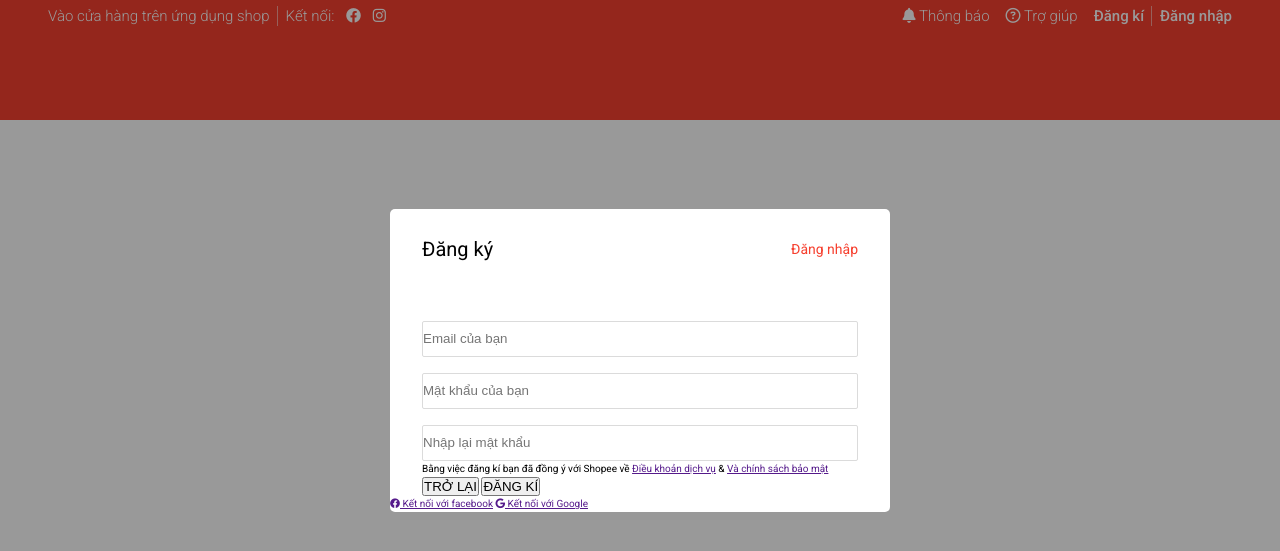
Repository: nguyenhoang2002062929/shoppee
Page: index.html
The author's editor kept a copy of each file at every save. The page is drawn from the files as they stood at one save, then again after the next save.
The browser window is 1280 px wide. The pictures show the whole page.

Above is the page before, as saved 2023-06-20 10:27:34.

### index.html
<!DOCTYPE html>
<html lang="en">
<head>
    <meta charset="UTF-8">
    <meta name="viewport" content="width=device-width, initial-scale=1.0">
    <title>Document</title>

    <link rel="stylesheet" href="./assets/css/base.css">
    <link rel="stylesheet" href="./assets/css/main.css">
    <link href="https://fonts.googleapis.com/css2?family=Roboto:wght@100;300;400;500;700&display=swap" rel="stylesheet">
    <link rel="stylesheet" href="https://cdnjs.cloudflare.com/ajax/libs/font-awesome/6.4.0/css/all.min.css" integrity="sha512-iecdLmaskl7CVkqkXNQ/ZH/XLlvWZOJyj7Yy7tcenmpD1ypASozpmT/E0iPtmFIB46ZmdtAc9eNBvH0H/ZpiBw==" crossorigin="anonymous" referrerpolicy="no-referrer" />

</head>
<body>
    <div class="app">
        <!-- header -->
        <div class="header">
            <div class="gird">

                <nav class="header__nav">
                    <ul class="header__nav-list">
                        <li class="header__nav-item header__nav-item--separate header__nav-item--hover-qr ">Vào cửa hàng trên ứng dụng shop
                            <!-- header qr code -->
                            <div class="header__qr-code">
                                <img src="./assets/img/qr_code.png" alt="" class="header__qr-code-img">
                                <div class="header__qr-code-app">
                                    <img src="./assets/img/googplay.png" alt="" class="header__app">
                                    <img src="./assets/img/appStore.png" alt="" class="header__app">
                                </div>
                            </div>
                        </li>
                        <li class="header__nav-item">
                            <span>Kết nối:</span>
                            <a href="" class="header_nav-item-icon"> <i class="fab fa-facebook"></i></a>
                            <a href="" class="header_nav-item-icon"> <i class="fab fa-instagram"></i></a>
                        </li>
                    </ul>

                    <ul class="header__nav-list">
                        <li class="header__nav-item header__nav-item--notify "><a class="header__nav-item-link" href=""><i class="fas fa-bell"></i> Thông báo</a>
                           <!-- notify -->
                           <div class="header__notify">
                                <div class="header__notify-header">
                                    <h3 class="notify__title">Thông Báo Mới Nhận</h3>
                                </div>
                                <ul class="notify__list">
                                    <li class="notify__list-item notify__list-item--view">
                                        <img src="https://cf.shopee.vn/file/d52c8e2d6975e3175edda97f317e21cb_tn" alt="" class="notify__list-item-img">
                                        <div class="notify__list-item-text">
                                            <p class="notify__list-item-text-big">Nhanh tay săn ngay mỹ phẩm F8 vào ngày 8/3 để nhận nhiều ưu đãi</p>
                                            <p class="notify__list-item-text-small">Thương hiệu mỹ phẩm đến từ F8, sáng mịn da tự tin ra đường bảo đảm trai bu như kiến hiện đang giảm giá 99% chỉ còn 1k</p>
                                        </div>
                                    </li>
                                    <li class="notify__list-item">
                                        <img src="https://cf.shopee.vn/file/d52c8e2d6975e3175edda97f317e21cb_tn" alt="" class="notify__list-item-img">
                                        <div class="notify__list-item-text">
                                            <p class="notify__list-item-text-big">Nhanh tay săn ngay mỹ phẩm F8 vào ngày 8/3 để nhận nhiều ưu đãi</p>
                                            <p class="notify__list-item-text-small">Thương hiệu mỹ phẩm đến từ F8, sáng mịn da tự tin ra đường bảo đảm trai bu như kiến hiện đang giảm giá 99% chỉ còn 1k</p>
                                        </div>
                                    </li>
                                    <li class="notify__list-item">
                                        <img src="https://cf.shopee.vn/file/d52c8e2d6975e3175edda97f317e21cb_tn" alt="" class="notify__list-item-img">
                                        <div class="notify__list-item-text">
                                            <p class="notify__list-item-text-big">Nhanh tay săn ngay mỹ phẩm F8 vào ngày 8/3 để nhận nhiều ưu đãi</p>
                                            <p class="notify__list-item-text-small">Thương hiệu mỹ phẩm đến từ F8, sáng mịn da tự tin ra đường bảo đảm trai bu như kiến hiện đang giảm giá 99% chỉ còn 1k</p>
                                        </div>
                                    </li>
                                    <li class="notify__list-item notify__list-item--view">
                                        <img src="https://cf.shopee.vn/file/d52c8e2d6975e3175edda97f317e21cb_tn" alt="" class="notify__list-item-img">
                                        <div class="notify__list-item-text">
                                            <p class="notify__list-item-text-big">Nhanh tay săn ngay mỹ phẩm F8 vào ngày 8/3 để nhận nhiều ưu đãi</p>
                                            <p class="notify__list-item-text-small">Thương hiệu mỹ phẩm đến từ F8, sáng mịn da tự tin ra đường bảo đảm trai bu như kiến hiện đang giảm giá 99% chỉ còn 1k</p>
                                        </div>
                                    </li>
                                </ul>
                                <div class="header__notify-footer">Xem tất cả</div>
                            </div>
                        </li>
                        <li class="header__nav-item"><a class="header__nav-item-link" href=""><i class="far fa-question-circle"></i> Trợ giúp</a></li>
                        <li class="header__nav-item header__nav-item--strong header__nav-item--separate">Đăng kí</li>
                        <li class="header__nav-item header__nav-item--strong">Đăng nhập</li>
                    </ul>
                </nav>
            </div>
        </div>

        <!-- container -->
        <div class="container">

        </div>

        <!-- footer -->
        <div class="footer">

        </div>
    </div>

    <!-- modal layout -->
    <div class="modal">
        <div class="modal__overlay"></div>
        <div class="modal__body">
                <!-- Authen form -->
            <div class="auth-form">
                <div class="auth-form__container">
                    <div class="auth-form__header">
                        <h3 class="auth-form__heading">Đăng ký</h3>
                        <span class="auth-form__switch-btn">Đăng nhập</span>
                    </div>
                    <div class="auth-form__form">
                        <div class="auth-form__group">
                            <input type="text" class="auth-form__input" placeholder="Email của bạn">
                        </div>
                        <div class="auth-form__group">
                            <input type="password" class="auth-form__input" placeholder="Mật khẩu của bạn">
                        </div>
                        <div class="auth-form__group">
                            <input type="password" class="auth-form__input" placeholder="Nhập lại mật khẩu">
                        </div>
                    </div>

                    <div class="auth-form__aside">
                        <p class="auth-form__policy-text">Bằng việc đăng kí bạn đã đồng ý với Shopee về
                            <a href="" class="auth-form__policy-link">Điều khoản dịch vụ</a> & <a href="" class="auth-form__policy-link">Và chính sách bảo mật</a>
                        </p>
                    </div>
                <div class="auth-form__controls">
                        <button class="btn">TRỞ LẠI</button>
                        <button class="btn btn--primary">ĐĂNG KÍ</button>
                </div>
                </div>
            <div class="auth-form__social">
                <a href="" class="btn btn--with-icon"><i class="fa-brands fa-facebook"></i> Kết nối với facebook</a>
                <a href="" class="btn btn--with-icon"><i class="fa-brands fa-google"></i> Kết nối với Google</a>
            </div>
            </div>

        </div>
    </div>
</body>
</html>

### assets/css/base.css
:root{
    --white-color: #fff;
    --black-color: #000;
    --text-color: #333;
    --color-main: #f63f2e;
    --boder--color: #dbdbdb
}
*{
    box-sizing: inherit;
    margin: 0;
    padding: 0;
}
html{
    font-size: 62.5%;
    line-height: 1.6rem;
    font-family: 'Roboto', sans-serif;
    box-sizing: border-box;
}
.gird{
    width: 1200px;
    max-width: 1200px;
    margin: 0 auto;
}
.gird__full-width{
    width: 100%;
}
.gird__row{
    display: flex;
    flex-wrap: wrap;
}

### assets/css/main.css

.header{
    width: 100%;
    height: 120px;
    background-color: #f63f2e;
}
.header__nav{
    display: flex;
    justify-content: space-between;

}
.header__nav-list{
    display: flex;
}
.header__nav-item{
    position: relative;
    display: block;
    font-size: 15px;
    color:  var(--white-color);
    text-decoration: none;
    list-style-type: none;
    font-weight: 300;
    margin: 0px 8px;
    cursor: pointer;
    padding: 8px 0;
}
.header_nav-item-icon{
    text-decoration: none;
    color: var(--white-color);
    margin-left: 8px;
}
.header__nav-item-link{
    text-decoration: none;
    color: var(--white-color);
}
.header__nav-item--strong{
    font-weight: 500;
}
.header__nav-item--separate::after{
    content: "";
    height: 20px;
    color: #fff;
    opacity: 0.5;
    border-left: 1px solid #fff;
    position: absolute;
    top: 50%;
    right: -8px;
    transform: translateY(-50%);
}
.header_nav-item-icon:hover,
.header__nav-item:hover,
.header__nav-item-link:hover{
    color: rgba(255, 255, 255, 0.7);
}
.header__nav-item span{
    cursor: default;
    color: var(--white-color);
}
/* <!-- header qr code --> */
.header__qr-code{
    position: absolute;
    width: 186px;
    background-color: var(--white-color);
    left: 0;
    padding: 8px;
    display: none;
    margin-top: 8px;
    animation: inFace ease 0.4s;
}
.header__qr-code-img{
    width: 100%;
}
.header__qr-code-app{
    display: flex;
    justify-content: space-evenly;
}
.header__app{
    height: 16px;
}
.header__nav-item--hover-qr:hover .header__qr-code{
    display: block;
}
@keyframes inFace{
    from{
        opacity: 0;
    }
    to{
        opacity: 1;
    }
}
/* notify */
.header__notify{
    position: absolute;
    width: 404px;
    background-color: #fff;
    right: 0;
    top: 100%;
    border: 1px solid #ddd;
    border-radius: 2px;
    display: none;
    transform-origin: 90% top;
    animation: headerNotify ease-in 0.2s;
    will-change: opacity , transform;
}
@keyframes headerNotify{
    from{
        opacity: 0;
        transform: scale(0);
    }
    to{
        opacity: 1;
        transform: scale(1);
    }
}
.header__notify::before{
    position: absolute;
    content: "";
    border-width: 20px 35px;
    border-style: solid;
    border-color: transparent transparent #fff transparent;
    top: -28px;
    right: 12px;
}
.header__notify-header{
    display: block;
}
.notify__title{
    color:#333;
    font-weight: 300;
    font-size: 1.5rem;
    padding: 8px;
}
.notify__list{
}
.notify__list-item{
    position: relative;
    display: flex;
    color: #000;
    padding-bottom: 8px;
    padding-top: 8px;
}
.notify__list-item-img{
    top: 0;
    width: 48px;
    align-self: flex-start;
    padding: 2px 8px;
    display: inline;
}
.notify__list-item-text-big{
    font-size: 16px;
    font-weight: 400;
    text-overflow: 2px;
    line-height: 1.5;
}
.notify__list-item-text-small{
    font-size: 12px;
    font-weight: 300;
    color: #333;
    margin-top: 4px;
    line-height: 1.4;
}

.header__notify-footer{
    color: #333;
    text-align: center;
    padding: 8px 0;
    display: block;
}
.notify__list-item--view{
    background-color: rgba(239, 187, 176, 0.2)
}
.header__nav-item--notify:hover .header__notify {
    display: block;
}
.notify__list-item--view:hover{
    background-color: #ddd;
}
/* modal-overlay */
.modal{
    position: absolute;
    top: 0;
    bottom: 0;
    right: 0;
    left: 0;
    display: flex;
}
.modal__overlay{
    position: absolute;
    width: 100%;
    height: 100%;
    background-color:rgba(0, 0, 0, 0.4);
}
.modal__body{
    background-color: #fff;
    z-index: 1;
    margin: auto;
    border-radius: 5px;
}
/* authen form */
.auth-form{
    width: 500px;
}
.auth-form__container{
    padding: 0 32px;
}
.auth-form__header{
    display: flex;
    justify-content: space-between;
    padding: 32px 0;
}
.auth-form__heading{
    font-size: 2rem;
    font-weight: 400;
    color: var(--test-color);
}
.auth-form__switch-btn{
    font-size: 1.4rem;
    color: var(--color-main);
    font-weight: 400;
}
.auth-form__form{
    margin-top: 16px;
}
.auth-form__input{
    width: 100%;
    height: 36px;
    margin-top: 16px;
    border: 1px solid #dbdbdb;
    border-radius: 2px;
}

After the next save:
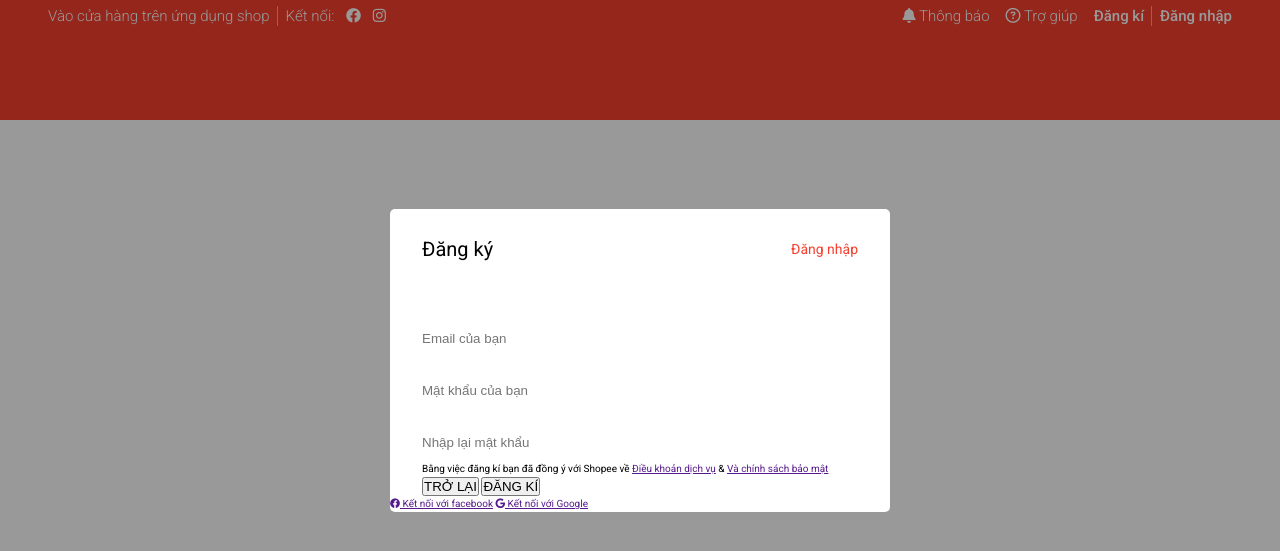
Saved 19 s later.
--- a/assets/css/main.css
+++ b/assets/css/main.css
@@ -225,6 +225,6 @@
     width: 100%;
     height: 36px;
     margin-top: 16px;
-    border: 1px solid #dbdbdb;
+    border: 1px solid var(--boder-color);
     border-radius: 2px;
 }

After the save that followed:
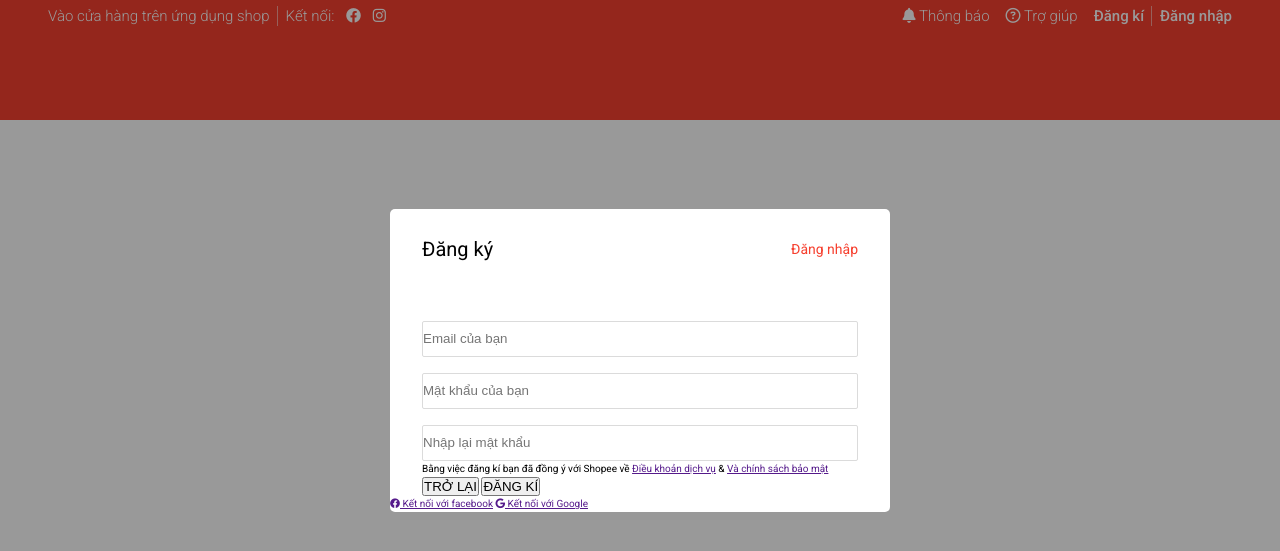
Saved 10 s later.
--- a/assets/css/base.css
+++ b/assets/css/base.css
@@ -3,7 +3,7 @@
     --black-color: #000;
     --text-color: #333;
     --color-main: #f63f2e;
-    --boder--color: #dbdbdb
+    --boder-color: #dbdbdb
 }
 *{
     box-sizing: inherit;
